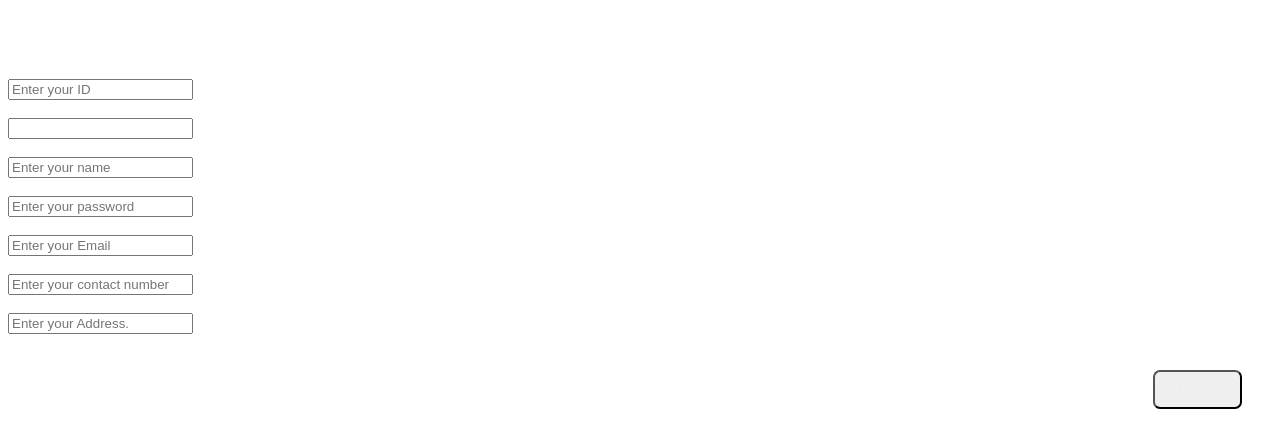
Repository: shailaja1601/collaborative_project
Page: CollabarationFrontEnd/WebContent/user/my_profile.html
An editor plug-in stored every save of this project. The page is shown before and after a run of saves, followed by the edit.
The browser window is 1280 px wide. The pictures show the whole page.

Above is the page before, as saved 2017-02-03 11:20:27.

### CollabarationFrontEnd/WebContent/user/my_profile.html
<head>
<style>

h3,label{
color:white;
}

.panel-body{
margin-top:20px;
 border-radius: 20px;
background-color:rgba(255,255,255,0.1);
}

 .btn {
      padding: 10px 20px;
      color: #f1f1f1;
      border-radius: 7px;
      transition: .2s;
      float:right;
      margin-right:30px;
  }
  .btn:hover, .btn:focus {
      border: 1px solid #333;
      background-color: #66CDAA;
      color: #000;
  }
</style>
</head>
<body>
	<div data-ng-controller="UserController as ctrl">
<div class="col-md-6 col-md-offset-3">
			<div class="panel panel-body">

					<h3>My Profile </h3>

				<div class="formcontainer">
					<form data-ng-submit="ctrl.updateUser()" name="myForm" class="form-horizontal">


							<div class="form-group col-md-12">
								<label class="col-sm-2 control-lable" for="userId">ID</label>
								<div class="col-md-10">
								<!-- value={{currentUser.userId}} -->
									<input type="text"  data-ng-model="ctrl.user.userId" data-ng-bind="ctrl.user.userId" id="userId"
										class="userid form-control input-sm"
										placeholder="Enter your ID" required data-ng-minlength="3" />
								</div>

						</div>

                           <div class="form-group col-md-12">
								<label class="col-sm-2 control-lable" for="role">Role</label>
								<div class="col-md-10">  <!-- value= {{currentUser.role}} -->
									<input type="text"   data-ng-bind="ctrl.user.role" data-ng-model="ctrl.user.role" id="role"
										class="userid form-control input-sm"
										required
       data-ng-disabled="true" />
								</div>

						</div>



							<div class="form-group col-md-12">
								<label class="col-sm-2 control-lable" for="name">Name</label>
								<div class="col-md-10">   <!-- value= {{currentUser.name}}  -->
									<input type="text"  data-ng-bind="ctrl.user.name" data-ng-model="ctrl.user.name" id="name"
										class="username form-control input-sm"
										placeholder="Enter your name" required data-ng-minlength="3" />
								</div>
							</div>



							<div class="form-group col-md-12">
								<label class="col-sm-2 control-lable" for="password">Password</label>
								<div class="col-md-10">  <!-- value= {{currentUser.password}} -->
									<input type="password"  data-ng-bind="ctrl.user.password" data-ng-model="ctrl.user.password"
										id="password" class="username form-control input-sm"
										placeholder="Enter your password" required data-ng-minlength="3" />
								</div>
							</div>




							<div class="form-group col-md-12">
								<label class="col-sm-2 control-lable" for="mailID">Email</label>
								<div class="col-md-10">  <!-- value= {{currentUser.mailID}} -->
									<input type="email"  data-ng-bind="ctrl.user.mailID" data-ng-model="ctrl.user.mailID" id="mailID"
										class="email form-control input-sm"
										placeholder="Enter your Email" required />

								</div>
							</div>

							<div class="form-group col-md-12">
								<label class="col-sm-2 control-lable" for="mobile">Mobile</label>
								<div class="col-md-10">  <!-- value= {{currentUser.mobile}} -->
									<input type="tel"  data-ng-bind="ctrl.user.mobile" data-ng-model="ctrl.user.mobile" id="mobile"
										class="mobile form-control input-sm"
										placeholder="Enter your contact number" required />

								</div>
							</div>

							 <div class="form-group col-md-12">
								<label class="col-sm-2 control-lable" for="address">Address</label>
								<div class="col-md-10">  <!-- value= {{currentUser.address}} -->
									<input type="text"   width="100" height="50"
									  data-ng-model="ctrl.user.address"
										data-ng-bind="ctrl.user.address" id="address"
										class="form-control input-sm"
										placeholder="Enter your Address." />
								</div>
							</div>
						<br><br>
						<div class="form-actions">
					<button class="btn btn-primary" type="submit">
						<i class="fa fa-user-circle"
							style="font-size: 17px;"></i> <b>Update</b>
					</button>
							</div>
							</form>
					</div>
				</div>
			</div>
</div>





</body>

After the next 2 saves:
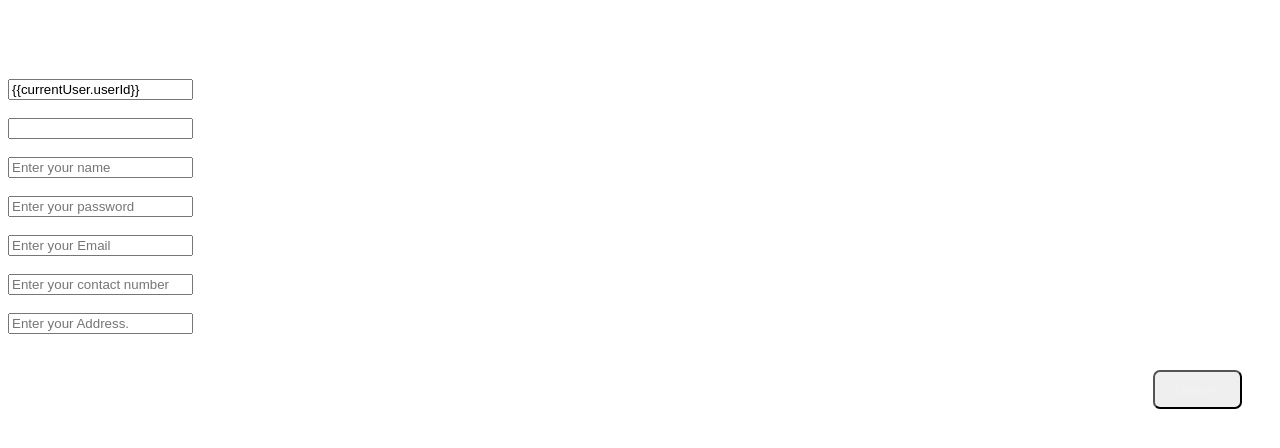
The 2 saves are shown as one change because they came seconds apart.
The last was saved 2 min 40 s later.
--- a/CollabarationFrontEnd/WebContent/user/my_profile.html
+++ b/CollabarationFrontEnd/WebContent/user/my_profile.html
@@ -40,8 +40,8 @@ background-color:rgba(255,255,255,0.1);
 							<div class="form-group col-md-12">
 								<label class="col-sm-2 control-lable" for="userId">ID</label>
 								<div class="col-md-10">
-								<!-- value={{currentUser.userId}} -->
-									<input type="text"  data-ng-model="ctrl.user.userId" data-ng-bind="ctrl.user.userId" id="userId"
+
+									<input type="text"  value={{currentUser.userId}} data-ng-model="ctrl.user.userId" data-ng-bind="ctrl.user.userId" id="userId"
 										class="userid form-control input-sm"
 										placeholder="Enter your ID" required data-ng-minlength="3" />
 								</div>
